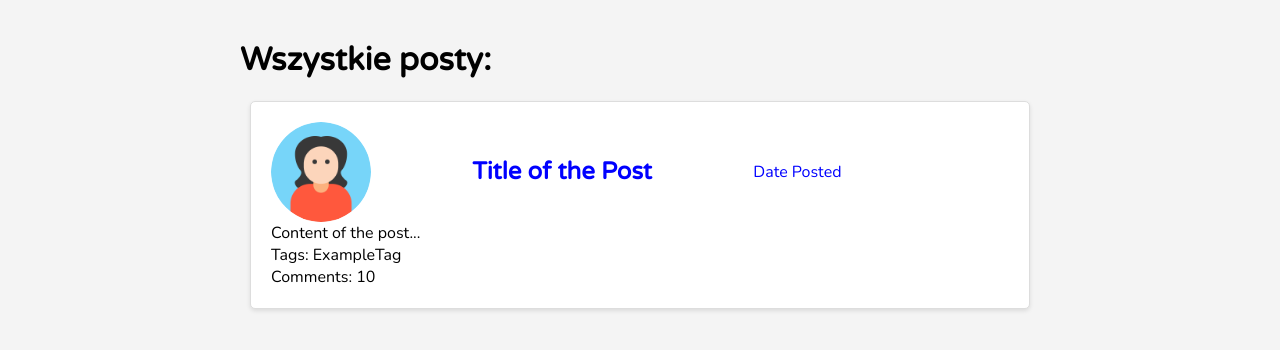
Repository: noisevisionproductions/PlayMeetWebsite
Page: src/main/resources/templates/posts.html
An editor plug-in stored every save of this project. The page is shown before and after the next save, followed by the edit.
The browser window is 1280 px wide. The pictures show the whole page.
The page's requests for data from a server got no answer. Some web libraries are served in a nearby version.

Above is the page before, as saved 2024-03-25 11:45:40.

### src/main/resources/templates/posts.html
<!DOCTYPE html>
<html lang="en">

<head>
    <meta charset="UTF-8">
    <meta name="viewport" content="width=device-width, initial-scale=1.0">
    <title>Posty</title>
    <link rel="icon" type="image/x-icon" href="assets/favicon.ico" />
    <!-- Font Awesome icons (free version)-->
    <script src="https://use.fontawesome.com/releases/v6.3.0/js/all.js" crossorigin="anonymous"></script>
    <!-- Google fonts-->
    <link href="https://fonts.googleapis.com/css?family=Varela+Round" rel="stylesheet" />
    <link
        href="https://fonts.googleapis.com/css?family=Nunito:200,200i,300,300i,400,400i,600,600i,700,700i,800,800i,900,900i"
        rel="stylesheet" />
    <!-- Core theme CSS (includes Bootstrap)-->
    <link href="css/posts.css" rel="stylesheet" />

</head>

<body>
    <div class="container">
        <h1 class="posts-header">Wszystkie posty:</h1>
        <div id="posts-container">
            <!-- Individual post example -->
            <div class="post">
                <div class="post-header">
                    <img src="assets/post/sample_avatar.png" alt="Avatar użytkownika" class="post-avatar">
                    <h2 class="post-sportType">Title of the Post</h2>
                    <span class="post-date">Date Posted</span>
                </div>
                <div class="post-content">
                    Content of the post...
                </div>
                <div class="post-footer">
                    <div class="post-tags">Tags: ExampleTag</div>
                    <div class="post-comments-count">Comments: 10</div>
                </div>
            </div>
            <!-- Additional posts would be similarly structured -->
        </div>
    </div>
    <script src="js/posts.js"></script>
</body>


</html>

### src/main/resources/static/css/posts.css
body {
    font-family: "Nunito", sans-serif;
    margin: 0;
    padding: 0;
    background-color: #f4f4f4;
}

.container {
    max-width: 800px;
    margin: auto;
    padding: 20px;
}

.post {
    background: #fff;
    background-color: #fff;
    padding: 20px;
    margin-bottom: 20px;
    border: 1px solid #ddd;
    border-radius: 5px;
    margin: 10px;
    box-shadow: 0 2px 4px rgba(0, 0, 0, 0.1);
}

.post-header {
    display: flex;
    justify-content: space-between;
    align-items: center;
}

.post-avatar {
    flex-shrink: 0;
    width: 100px;
    height: 100px;
    border-radius: 50%;
}

.post-sportType {
    margin-right: 5px;
    text-align: center;
    margin: 0 20px;
    color: blue;
    flex-grow: 1;
}


.post-date {
    margin-right: 5px;
    color: blue;
    flex-shrink: 0;
    flex-grow: 1;
}

.post-chat {
    margin-right: 5px;
    color: blue;
    flex-grow: 1;
}

.post-title {
    flex-grow: 1;
    text-align: center;
}

.post h2 {
    margin-top: 0;
}

h1,
h2,
h3,
h4,
h5,
h6 {
    font-family: "Varela Round", sans-serif;
}

### src/main/resources/static/js/posts.js
/*!
* Script for displaying posts that users created. Posts will be downloaded from database.
*/
document.addEventListener('DOMContentLoaded', function () {
    fetch('/api/posts', {
        headers: {
            'Accept': 'application/json'
        }
    })
        .then(response => response.json())
        .then(posts => {
            const postsContainer = document.getElementById('posts-container');
            posts.forEach(element => {
                const postElement = document.createElement('div');
                postElement.className = 'post';

                // Creating header
                const postHeader = document.createElement('div');
                postHeader.className = 'post-header';

                const userAvatar = document.createElement('img');
                userAvatar.src = element.avatar || 'assets/post/sample_avatar.png'; // Fallback to a default avatar if none provided
                userAvatar.alt = 'Avatar';
                userAvatar.className = 'post-avatar';

                const postTitle = document.createElement('h2');
                postTitle.className = 'post-sportType';
                postTitle.textContent = element.sportType; // Assuming `title` is part of your JSON

                const postDate = document.createElement('span');
                postDate.className = 'post-date';
                postDate.textContent = element.dateTime; // Format as needed

                postHeader.appendChild(userAvatar);
                postHeader.appendChild(postTitle);
                postHeader.appendChild(postDate);

                // Creating post content
                const postContent = document.createElement('div');
                postContent.className = 'post-content';
                postContent.textContent = element.cityName; // Assuming `content` is part of your JSON

                // Creating footer
                const postFooter = document.createElement('div');
                postFooter.className = 'post-footer';

                const postTags = document.createElement('div');
                postTags.className = 'post-tags';
                postTags.textContent = 'Tags: ' + element.peopleStatus; // Assuming `tags` is an array

                const postCommentsCount = document.createElement('div');
                postCommentsCount.className = 'post-comments-count';
                postCommentsCount.textContent = 'Comments: ' + element.skillLevel; // Assuming `commentsCount` is part of your JSON

                postFooter.appendChild(postTags);
                postFooter.appendChild(postCommentsCount);

                // Adding everything to the post
                postElement.appendChild(postHeader);
                postElement.appendChild(postContent);
                postElement.appendChild(postFooter);

                postsContainer.appendChild(postElement);
            });
        })
        .catch(error => console.error('Error', error));
})

After the next save:
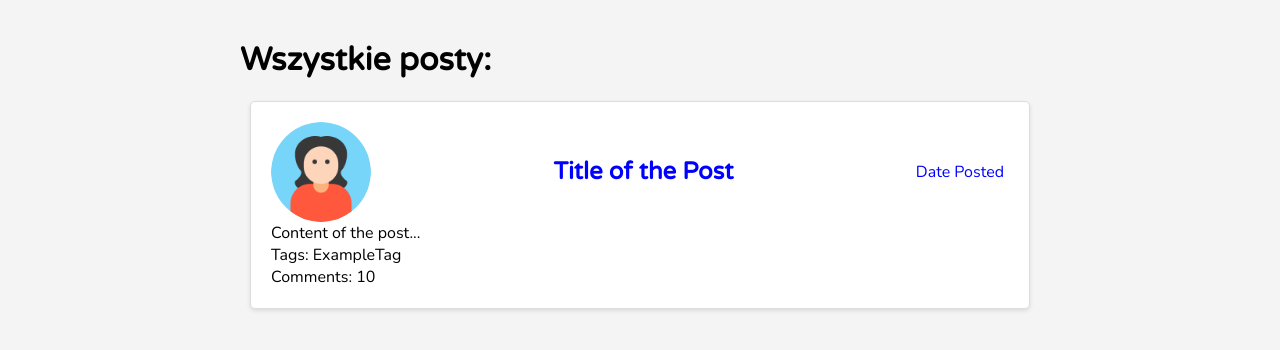
Saved 5 s later.
--- a/src/main/resources/static/css/posts.css
+++ b/src/main/resources/static/css/posts.css
@@ -48,7 +48,6 @@ body {
     margin-right: 5px;
     color: blue;
     flex-shrink: 0;
-    flex-grow: 1;
 }
 
 .post-chat {
